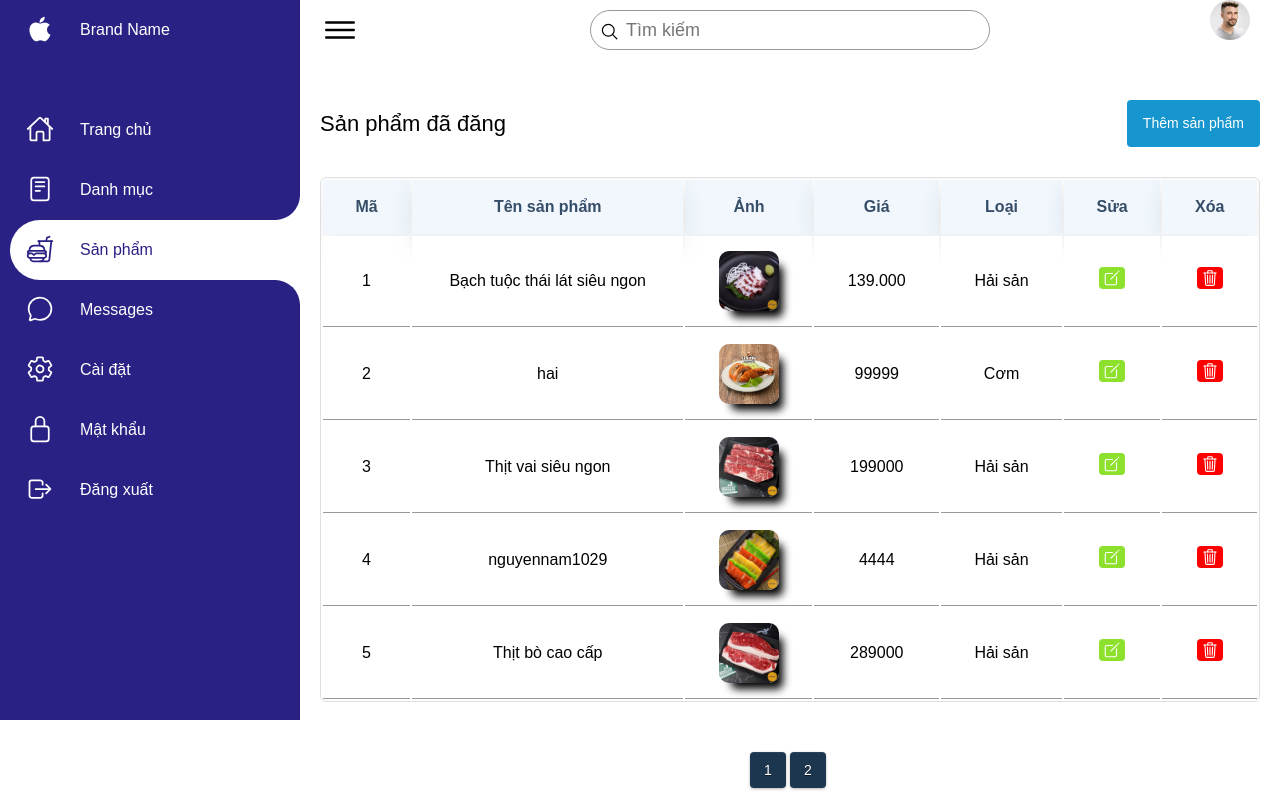
Repository: nguyennam1029/TopFoodNew
Page: http://localhost/admin/san_pham/index2.php
An editor plug-in stored every save of this project. The page is shown before and after the next save, followed by the edit.
The browser window is 1280 px wide. The pictures show the whole page.
Some web fonts or font styles are not loaded; a fallback is used. The page is run by PHP 8.4 with error messages shown; the project is at /var/www/html/. The database holds what the project's SQL file puts in it.

Above is the page before, as saved 2022-08-01 23:46:30.

### admin/san_pham/index2.php
<!DOCTYPE html>
<html lang="en">

<head>
    <meta charset="UTF-8">
    <meta http-equiv="X-UA-Compatible" content="IE=edge">
    <meta name="viewport" content="width=device-width, initial-scale=1.0">
    <title>Document</title>
    <link rel="stylesheet" href="../../noti.css" />
    <link rel="stylesheet" href="../assets/css/style.css" />
    <link rel="stylesheet" href="./sty.css">
    <style>
        .active-bg--product {
            background-color: var(--white) !important;
            pointer-events: none;

        }

        .active-text--product {
            color: var(--blue) !important;

        }

        .active-text--product::before {
            content: "";
            position: absolute;
            right: 0;
            top: -50px;
            width: 50px;
            height: 50px;
            background-color: transparent;
            border-radius: 50%;
            box-shadow: 35px 35px 0 10px var(--white);
            pointer-events: none;
        }

        .active-text--product::after {
            content: "";
            position: absolute;
            right: 0;
            bottom: -50px;
            width: 50px;
            height: 50px;
            background-color: transparent;
            border-radius: 50%;
            box-shadow: 35px -35px 0 10px var(--white);
            pointer-events: none;
        }
    </style>
</head>

<body>

    <div class="container">
        <?php if (isset($_GET['success'])) { ?>
            <div class="noti">
                <div class="noti-content">
                    <i class='bx bxs-bell-ring'></i>
                    <span class="noti-title"><?php echo $_GET['success'] ?></span>
                    <i class='bx bxs-bell-ring' style="margin-left: 6px; margin-right: 0;"></i>

                </div>
            </div>
        <?php } ?>
        <?php if (isset($_GET['delete'])) { ?>
            <div class="noti">
                <div class="noti-content">
                    <i class='bx bxs-bell-ring'></i>
                    <span class="noti-title"><?php echo $_GET['delete'] ?></span>
                    <i class='bx bxs-bell-ring' style="margin-left: 6px; margin-right: 0;"></i>

                </div>
            </div>
        <?php } ?>

        <?php if (isset($_GET['update'])) { ?>
            <div class="noti">
                <div class="noti-content">
                    <i class='bx bxs-bell-ring'></i>
                    <span class="noti-title"><?php echo $_GET['update'] ?></span>
                    <i class='bx bxs-bell-ring' style="margin-left: 6px; margin-right: 0;"></i>

                </div>
            </div>
        <?php } ?>

        <?php
        include '../menu2.php';
        ?>
        <div class="main">
            <?php
            include '../top_menu.php';
            ?>

            <!-- ================ Order Details List ================= -->
            <div class="details">

                <div class="recentOrders ">
                    <div class="cardHeader ">
                        <h2>Sản phẩm đã đăng</h2>
                        <a href="./form_insert.php" class="btn status inProgress">Thêm sản phẩm</a>
                    </div>
                    <?php
                    require '../connect.php';


                    // //TÌM KIẾM
                    // $search = $_GET['q'] ?? '';

                    // $sql = "select products.*,
                    //         manufacturers.name as manufacturer_name from products
                    //         join manufacturers on products.manufacturer_id = manufacturers.id where products.name like '%$search%' ";


                    //         $result = mysqli_query($connect, $sql);
                    if (isset($_GET['trang'])) {
                        $trang = $_GET['trang'];
                    } else {
                        $trang = 1;
                    }

                    $tim_kiem = '';
                    if (isset($_GET['tim_kiem'])) {
                        $tim_kiem = $_GET['tim_kiem'];
                    }
                    $sql_so_tin_tuc = "select count(*) from products

                                        where
                                        name like '%$tim_kiem%'";
                    $mang_so_tin_tuc = mysqli_query($connect, $sql_so_tin_tuc);
                    $ket_qua_so_tin_tuc = mysqli_fetch_array($mang_so_tin_tuc);
                    $so_tin_tuc = $ket_qua_so_tin_tuc['count(*)'];
                    $so_tin_tuc_tren_1_trang = 5;
                    $so_trang = ceil($so_tin_tuc / $so_tin_tuc_tren_1_trang);
                    $bo_qua = $so_tin_tuc_tren_1_trang * ($trang - 1);


                    $sql = "select products.*,
                          manufacturers.name as manufacturer_name from products
                           join manufacturers on products.manufacturer_id = manufacturers.id
                           where products.name like '%$tim_kiem%'
                            limit $so_tin_tuc_tren_1_trang offset $bo_qua";
                    $result = mysqli_query($connect, $sql);

                    ?>
                    <div class="sticky-table">
                        <table>
                            <thead>
                                <tr>
                                    <th>Mã</th>
                                    <th>Tên sản phẩm</th>
                                    <th>Ảnh</th>
                                    <th>Giá</th>
                                    <th>Loại</th>
                                    <th>Sửa</th>
                                    <th>Xóa</th>
                                </tr>
                            </thead>

                            <tbody>
                                <?php foreach ($result as $each) : ?>
                                    <tr>
                                        <td><?php echo $each['id'] ?></td>
                                        <td><?php echo $each['name'] ?></td>

                                        <td>
                                            <div class="user">
                                                <img src="./photos/<?php echo $each["photo"] ?>" alt="" />

                                            </div>
                                        </td>
                                        <td><?php echo $each['price'] ?></td>
                                        <td><?php echo $each['manufacturer_name'] ?></td>
                                        <td>
                                            <a href="form_update2.php?id=<?php echo $each['id'] ?>">
                                                <ion-icon name="create-outline" class="product-item--icon status delivered"></ion-icon>
                                            </a>
                                        </td>
                                        <td><span class="">
                                                <a href="delete.php?id=<?php echo $each['id'] ?>">
                                                    <ion-icon name="trash-outline" class="status return"></ion-icon>
                                                </a>
                                            </span></td>

                                    </tr>
                                <?php endforeach ?>

                            </tbody>
                        </table>

                    </div>
                </div>

                <!-- ================= New Customers ================ -->

            </div>
            <div class="panigation">
                <ul class="page-list">
                    <?php for ($i = 1; $i <= $so_trang; $i++) { ?>
                        <a class="page-item" href="?trang=<?php echo $i ?>&tim_kiem=<?php echo $tim_kiem ?>">
                            <?php
                            echo $i ?>
                        </a>
                    <?php } ?>


                </ul>
            </div>

        </div>
    </div>


    <!-- =========== Scripts =========  -->
    <script src="../assets/js/main.js"></script>

    <!-- ====== ionicons ======= -->
    <script type="module" src="https://unpkg.com/ionicons@5.5.2/dist/ionicons/ionicons.esm.js"></script>
    <script nomodule src="https://unpkg.com/ionicons@5.5.2/dist/ionicons/ionicons.js"></script>
</body>

</html>

### admin/menu2.php
<div class="navigation">
    <ul>
        <li>
            <a href="#">
                <span class="icon">
                    <ion-icon name="logo-apple"></ion-icon>
                </span>
                <span class="title">Brand Name</span>
            </a>
        </li>

        <li class="active-bg--home">
            <a href="../home/index.php" class="active-text--home">
                <span class="icon">
                    <ion-icon name="home-outline"></ion-icon>
                </span>
                <span class="title">Trang chủ</span>
            </a>
        </li>
        <li class="active-bg--category">
            <a href="../nha_san_xuat/index.php" class="active-text--category">
                <span class="icon">
                    <ion-icon name="reader-outline"></ion-icon>
                </span>
                <span class="title">Danh mục</span>
            </a>
        </li>
        <li class="active-bg--product">
            <a href="../san_pham/index.php" class="active-text--product">
                <span class="icon">
                    <ion-icon name="fast-food-outline"></ion-icon>
                </span>
                <span class="title">Sản phẩm</span>
            </a>
        </li>

        <li>
            <a href="../orders/index.php">
                <span class="icon">
                    <ion-icon name="chatbubble-outline"></ion-icon>
                </span>
                <span class="title">Messages</span>
            </a>
        </li>



        <li>
            <a href="#">
                <span class="icon">
                    <ion-icon name="settings-outline"></ion-icon>
                </span>
                <span class="title">Cài đặt</span>
            </a>
        </li>

        <li>
            <a href="./t.html">
                <span class="icon">
                    <ion-icon name="lock-closed-outline"></ion-icon>
                </span>
                <span class="title">Mật khẩu</span>
            </a>
        </li>

        <li>
            <a href="#">
                <span class="icon">
                    <ion-icon name="log-out-outline"></ion-icon>
                </span>
                <span class="title">Đăng xuất</span>
            </a>
        </li>
    </ul>
</div>

### admin/top_menu.php
<?php $tim_kiem = $_GET['tim_kiem'] ?? ''; ?>
<div class="topbar">
    <div class="toggle">
        <ion-icon name="menu-outline"></ion-icon>
    </div>

    <div class="search">
        <form>

            <label>
                <input type="search" name="tim_kiem" value="<?php echo $tim_kiem ?>" placeholder="Tìm kiếm" />
                <ion-icon name="search-outline"></ion-icon>
            </label>
        </form>
    </div>

    <div class="user">

        <img src="../assets/imgs/customer01.jpg" alt="" style="width: 40px;height: 40px; border-radius: 50%;" />
    </div>
</div>

### admin/connect.php
<?php
$connect = mysqli_connect('localhost','root','','topfood');

### noti.css
.noti {
    position          : fixed;
    right             : 12px;
    top               : 66px;
    background-color  : rgb(244, 244, 244);
    /*box-shadow      : rgba(100, 100, 111, 0.2) 0px 7px 29px 0px;
    */
    border-radius     : 8px;
    display           : flex;
    transform         : translateX(150%);
    animation         : noti 3s forwards 1 linear;
    z-index           : 9999;
    -webkit-transform : translateX(150%);
    -moz-transform    : translateX(150%);
    -ms-transform     : translateX(150%);
    -o-transform      : translateX(150%);
    -webkit-animation : noti 3s forwards 1 linear;
    box-shadow        : -15px 17px 16px -12px rgba(0, 0, 0, 0.5);
    -webkit-box-shadow: -15px 17px 16px -12px rgba(0, 0, 0, 0.5);
}

@keyframes noti {

    20%,
    80% {
        transform        : translateX(0);
        -webkit-transform: translateX(0);
        -moz-transform   : translateX(0);
        -ms-transform    : translateX(0);
        -o-transform     : translateX(0);
    }

    100% {
        transform        : translateX(150%);
        -webkit-transform: translateX(150%);
        -moz-transform   : translateX(150%);
        -ms-transform    : translateX(150%);
        -o-transform     : translateX(150%);
    }
}


.noti-content {
    padding        : 15px;
    display        : flex;
    justify-content: center;
    align-items    : center;

}

.noti-content i {
    color                       : #000000;
    margin-right                : 8px;
    background                  : linear-gradient(to right, #ff8a00, #ff2070);
    -webkit-background-clip     : text;
    -webkit-text-fill-color     : transparent;
    -webkit-box-decoration-break: clone;
    animation                   : 1.2s ease infinite;
}

.noti-title {
    font-size  : 16px;
    font-weight: 400;
    color      : #000000;
}

### admin/san_pham/sty.css
.page-item {
    text-decoration: none;
}

/* ------Page-------- */
.page-list {
    display        : flex;
    align-items    : center;
    justify-content: center;
    list-style     : none;
    margin         : 30px 0 10px;
}

.page-item {
    border-radius: 4px;

    width          : 36px;
    height         : 36px;
    display        : flex;
    justify-content: center;
    align-items    : center;
    margin-right   : 4px;
    background     : #1b364e;
    transition     : .5s all;
    color          : #feffff;
    font-size      : 14px;
    text-shadow    : 0 1px 0 rgb(0 0 0 / 50%);
    box-shadow     : inset 0 1px 1px rgb(255 255 255 / 7%), 0 1px 3px rgb(0 0 0 / 29%);
}

.page-item:hover {
    cursor    : pointer;
    background: #396792;
    color     : #fff;
    transition: .5s all;
}

.page-item.active {
    background: linear-gradient(to right, #ff8a00, #ff2070);
    transition: .5s all;
    color     : #fff;
}

.page-item.active:hover {
    background         : #cd881e;
    background-position: right center;
    cursor             : not-allowed;
}

### topfood.sql (the tables this page reads)
CREATE TABLE `manufacturers` (
  `id` int(50) NOT NULL,
  `name` varchar(100) NOT NULL,
  `address` text NOT NULL,
  `phone` varchar(15) NOT NULL,
  `photo` varchar(200) NOT NULL
) ENGINE=InnoDB DEFAULT CHARSET=utf8mb4;

INSERT INTO `manufacturers` (`id`, `name`, `address`, `phone`, `photo`) VALUES
(1, 'Hải sản', 'KTX bạc khoa', '0966456789', 'đư'),
(2, 'Cơm', 'Số 2 tạ quang bửu', '06666555', ''),
(3, 'Thịt', 'công ty TNHH một thành viên', '(+84) 966216495', 'v');

ALTER TABLE `manufacturers`
  ADD PRIMARY KEY (`id`);

ALTER TABLE `manufacturers`
  MODIFY `id` int(50) NOT NULL AUTO_INCREMENT, AUTO_INCREMENT=4;

CREATE TABLE `products` (
  `id` int(11) NOT NULL,
  `name` varchar(100) NOT NULL,
  `photo` varchar(200) NOT NULL,
  `price` varchar(100) NOT NULL,
  `description` text NOT NULL,
  `manufacturer_id` int(11) NOT NULL
) ENGINE=InnoDB DEFAULT CHARSET=utf8mb4;

INSERT INTO `products` (`id`, `name`, `photo`, `price`, `description`, `manufacturer_id`) VALUES
(1, 'Bạch tuộc thái lát siêu ngon', '1658589060.jpg', '139.000', 'Thịt dẻ sườn bò Mỹ có tên gọi khác là USA RIB Finger, là phần thịt nằm ở ức của con bò, được pha lọc từ phần sườn trước của con bò. Dẻ sườn bò Mỹ nổi tiếng với vị ngọt đậm đà, hương thơm đặc trưng cùng vị béo ngậy bởi những lớp mỡ dày trải dọc theo miếng thịt.\r\n\r\nDẻ sườn bò Mỹ là thực phẩm tươi sống cao cấp của Gofood được nhập khẩu trực tiếp theo đường chính ngạch. Người tiêu dùng có thể hoàn toàn yên tâm về chất lượng của thịt bò ở đây. Gofood là một trong những đối tác trực tiếp của bộ nông nghiệp Hoa Kỳ. Những con bò cho sản phẩm được chăn nuôi theo quy trình hoa học, đảm bảo yêu cầu chất lượng. Quy trình giết mổ, sơ chế, đóng gói, bảo quản, vận chuyển cũng rất hiện đại nên tuyệt đối an toàn cho người tiêu dùng.\r\n', 1),
(2, 'hai', '1658589909.webp', '99999', 'cơm', 2),
(3, 'Thịt vai siêu ngon', '1658591944.jpg', '199000', 'siêu hấp dẫn', 1),
(4, 'nguyennam1029', '1658589728.jpg', '4444', 'ggdgsdg', 1),
(5, 'Thịt bò cao cấp', '1658591510.jpg', '289000', 'THịt siêu ngon', 1),
(6, 'Sashimi phong cách nhật', '1658592090.jpg', '389000', 'ngon', 1),
(7, 'Cơm bò rang', '1658592155.webp', '198000', 'ngonnn', 1),
(8, 'Trứng cá hồi', '1658592321.jpg', '459000', '', 1),
(9, 'Cá tươi ngon', '1658645960.jpg', '1299000', '', 1),
(10, 'Shasimi siêu dễ ăn', '1658645783.jpg', '340000', '34234', 1);

ALTER TABLE `products`
  ADD PRIMARY KEY (`id`),
  ADD KEY `manufacturer_id` (`manufacturer_id`);

ALTER TABLE `products`
  MODIFY `id` int(11) NOT NULL AUTO_INCREMENT, AUTO_INCREMENT=11;

ALTER TABLE `products`
  ADD CONSTRAINT `products_ibfk_1` FOREIGN KEY (`manufacturer_id`) REFERENCES `manufacturers` (`id`);

Loaded but not shown: admin/assets/js/main.js (common file); admin/assets/css/style.css (579 lines, source omitted)

After the next save:
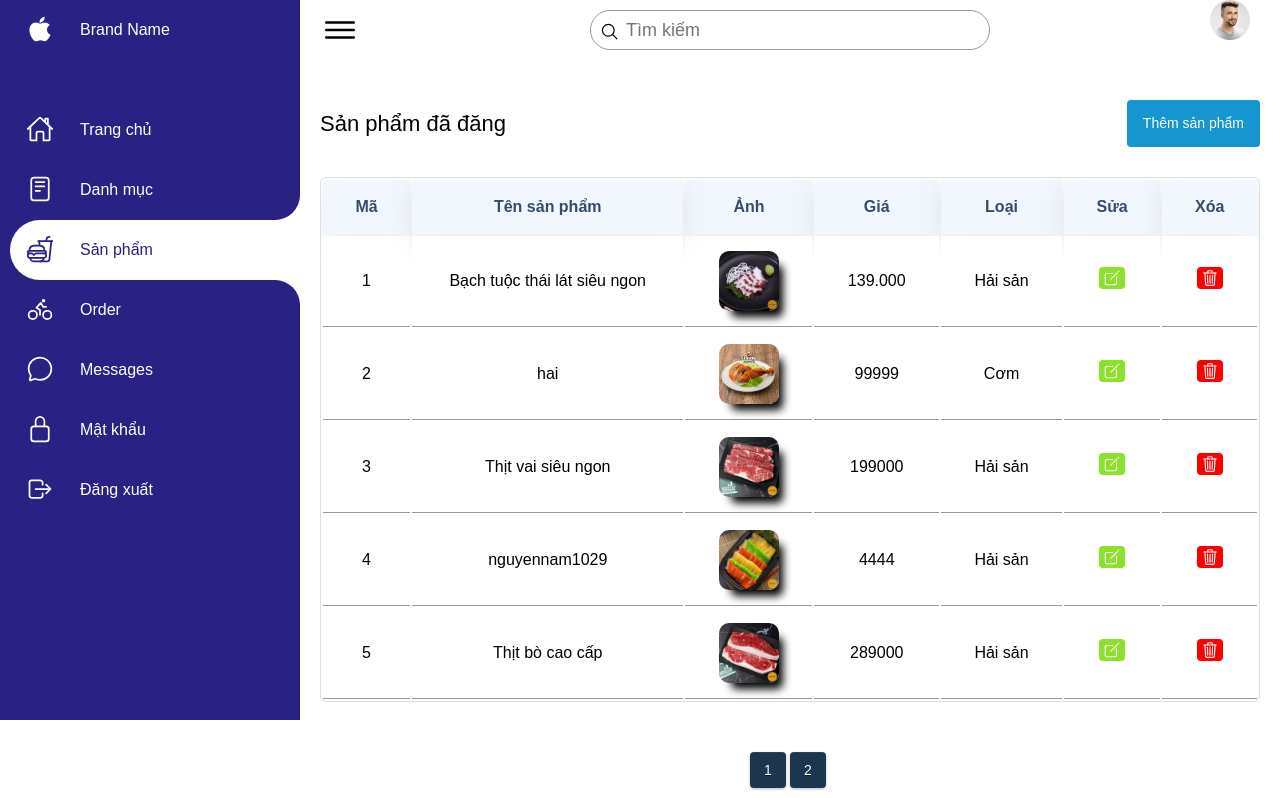
Saved 3 min 14 s later.
--- a/admin/menu2.php
+++ b/admin/menu2.php
@@ -37,6 +37,15 @@
         <li>
             <a href="../orders/index.php">
                 <span class="icon">
+                    <ion-icon name="bicycle-outline"></ion-icon>
+                </span>
+                <span class="title">Order</span>
+            </a>
+        </li>
+
+        <li>
+            <a href="#">
+                <span class="icon">
                     <ion-icon name="chatbubble-outline"></ion-icon>
                 </span>
                 <span class="title">Messages</span>
@@ -45,14 +54,7 @@
 
 
 
-        <li>
-            <a href="#">
-                <span class="icon">
-                    <ion-icon name="settings-outline"></ion-icon>
-                </span>
-                <span class="title">Cài đặt</span>
-            </a>
-        </li>
+
 
         <li>
             <a href="./t.html">
